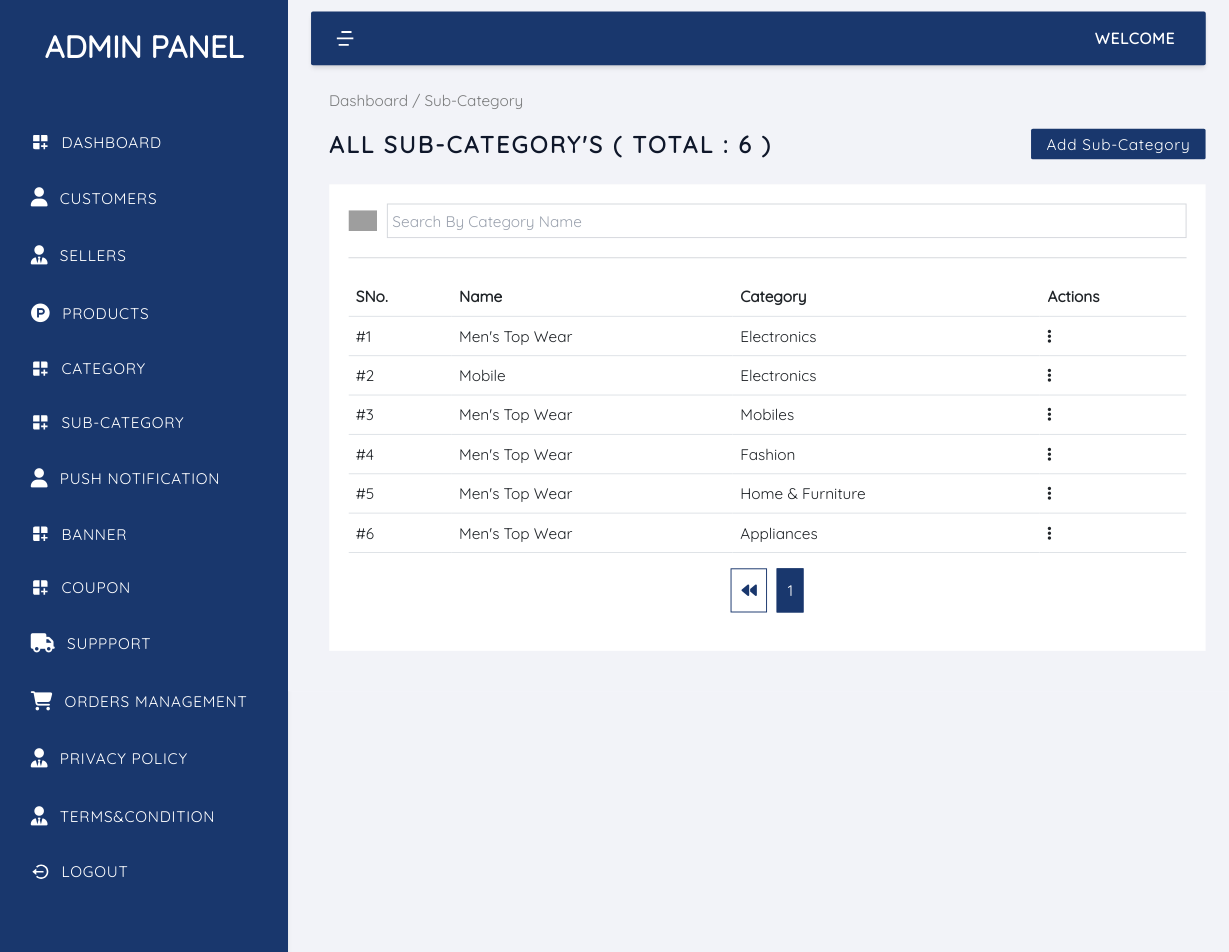
Repository: shishpal2000/admin.aschpro
Page: /SubCategory
The author's editor kept a copy of each file at every save. The page is drawn from the files as they stood at one save, then again after the next save.
The browser window is 1280 px wide. The pictures show the whole page, at 96% of full size.
Pictures or frames that could not be fetched are drawn as grey boxes. An inner scrolling area shows only its first screen. Some web libraries are served in a nearby version. The project was rebuilt for these pictures with package versions that can differ from the ones it lists, and the page was loaded fresh each time. Also part of the build but not shown: src/E-CommerceAdmin/forms/Login.jsx, src/E-CommerceAdmin/pages/Dashboard.jsx, src/E-CommerceAdmin/pages/ECategory.js, src/E-CommerceAdmin/pages/EProduct.js, src/E-CommerceAdmin/pages/EVendorList.js, src/E-CommerceAdmin/pages/EAdminOrders.js, src/E-CommerceAdmin/pages/EAdminDelivery.js, src/E-CommerceAdmin/pages/EAdminCustomer.js and 6 more. Imported but missing from the stored project, and not drawn on this page: src/E-CommerceAdmin/pages/Complaints, src/E-CommerceAdmin/pages/Component/SpinnerComp, src/E-CommerceAdmin/pages/EAdmin, src/E-CommerceAdmin/pages/EAdminProduct, src/E-CommerceAdmin/pages/ESingleProduct, src/E-CommerceAdmin/pages/GetMeThis, src/E-CommerceAdmin/pages/HelpSupport.

Above is the page before, as saved 2023-06-28 16:50:24.

After the next save:
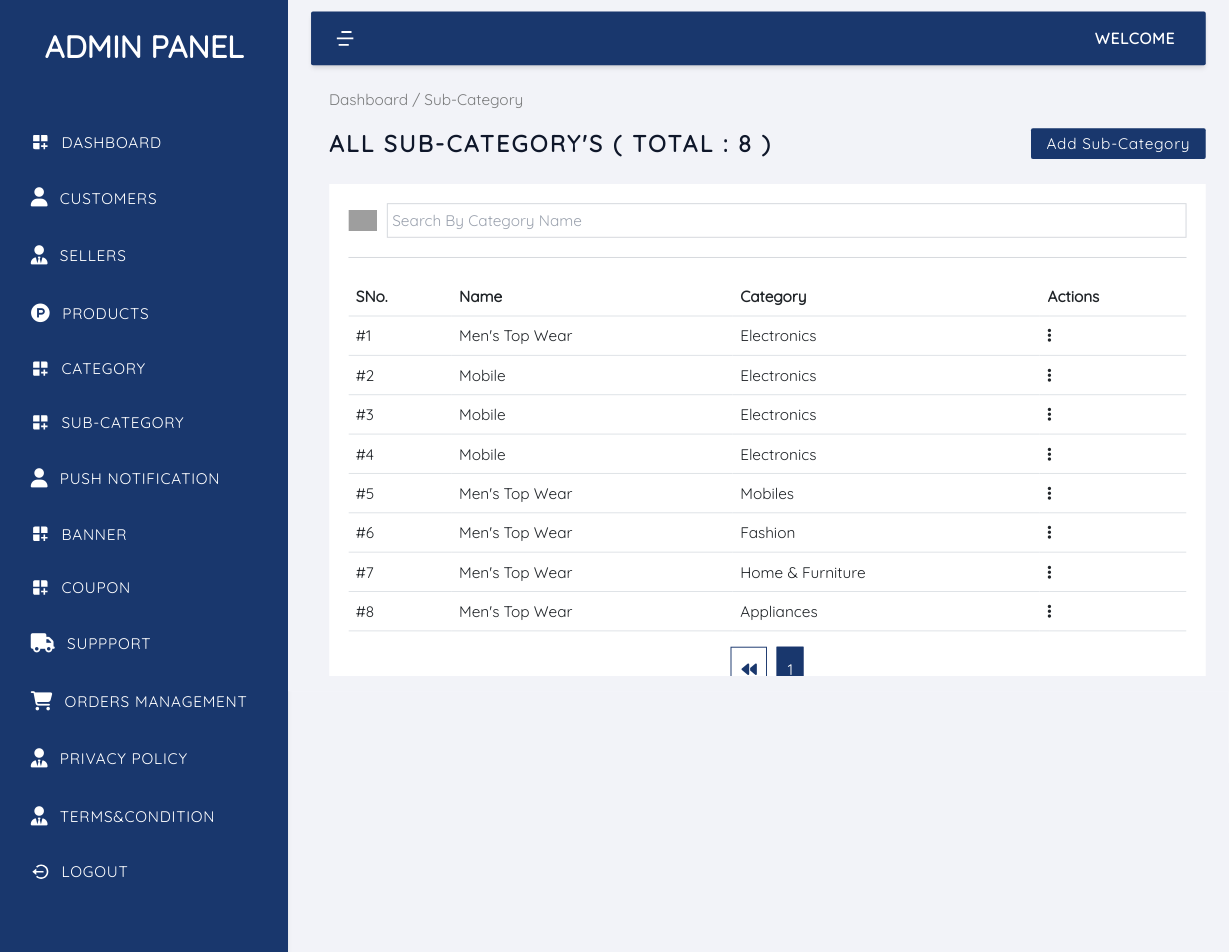
Saved 7 s later.
--- a/src/E-CommerceAdmin/pages/ESubCategory.js
+++ b/src/E-CommerceAdmin/pages/ESubCategory.js
@@ -18,6 +18,14 @@ const ESubCategory = () => {
     {
       category: "Electronics",
       name : "Men's Top Wear"
+    },
+    {
+      category: "Electronics",
+      name : "Mobile"
+    },
+    {
+      category: "Electronics",
+      name : "Mobile"
     },
     {
       category: "Electronics",
